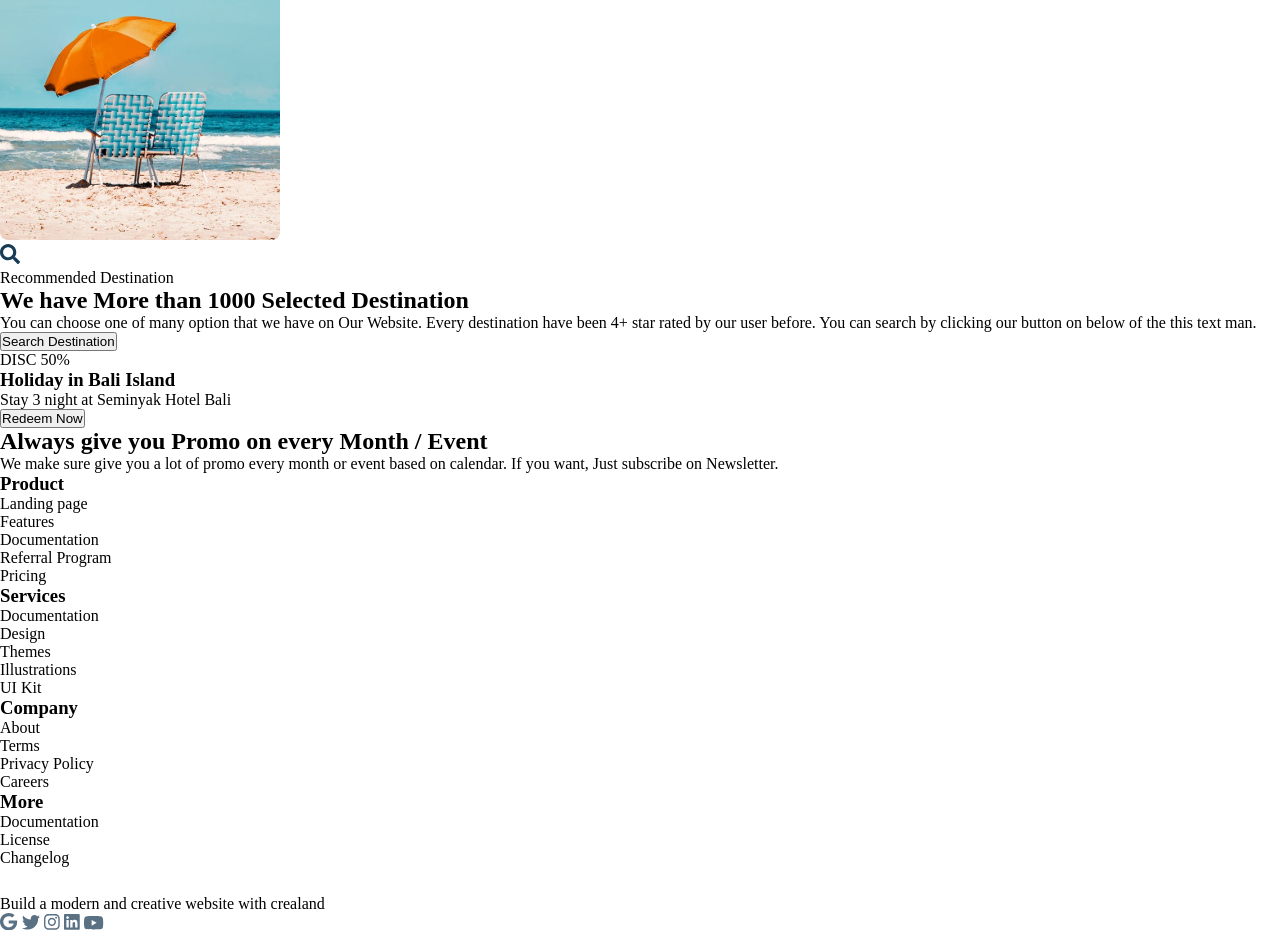
Repository: daviHmoraes/frontcomtailwind
Page: index.html
The author's editor kept a copy of each file at every save. The page is drawn from the files as they stood at one save, then again after a run of saves.
The browser window is 1280 px wide. The pictures show the part of the page from y = 3993 to 4945 px (the page is 4927 px tall before and 4945 px after).
A picture or video elsewhere on the page could not be fetched, so the positions and the page height are approximate.

Above is the page before, as saved 2026-08-31 18:26:13.

After the next 2 saves:
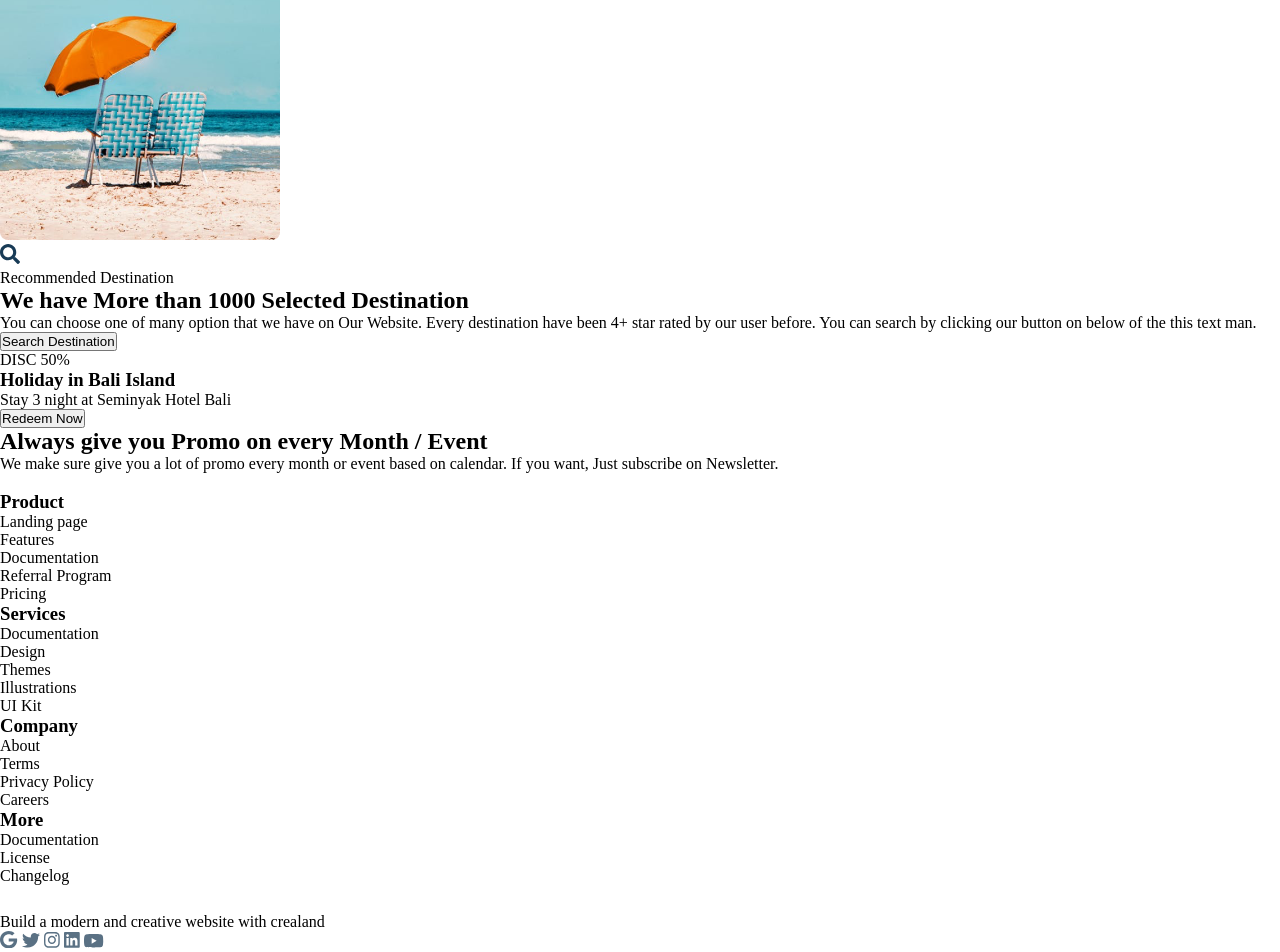
The 2 saves are shown as one change because they came seconds apart.
The last was saved 53 s later.
--- a/index.html
+++ b/index.html
@@ -321,8 +321,9 @@
                     on calendar. If you want, Just
                     subscribe on Newsletter.
                 </p>
+
                 <div class="pros">
-
+                    <img src="" alt="">
                 </div>
             </div>
 
